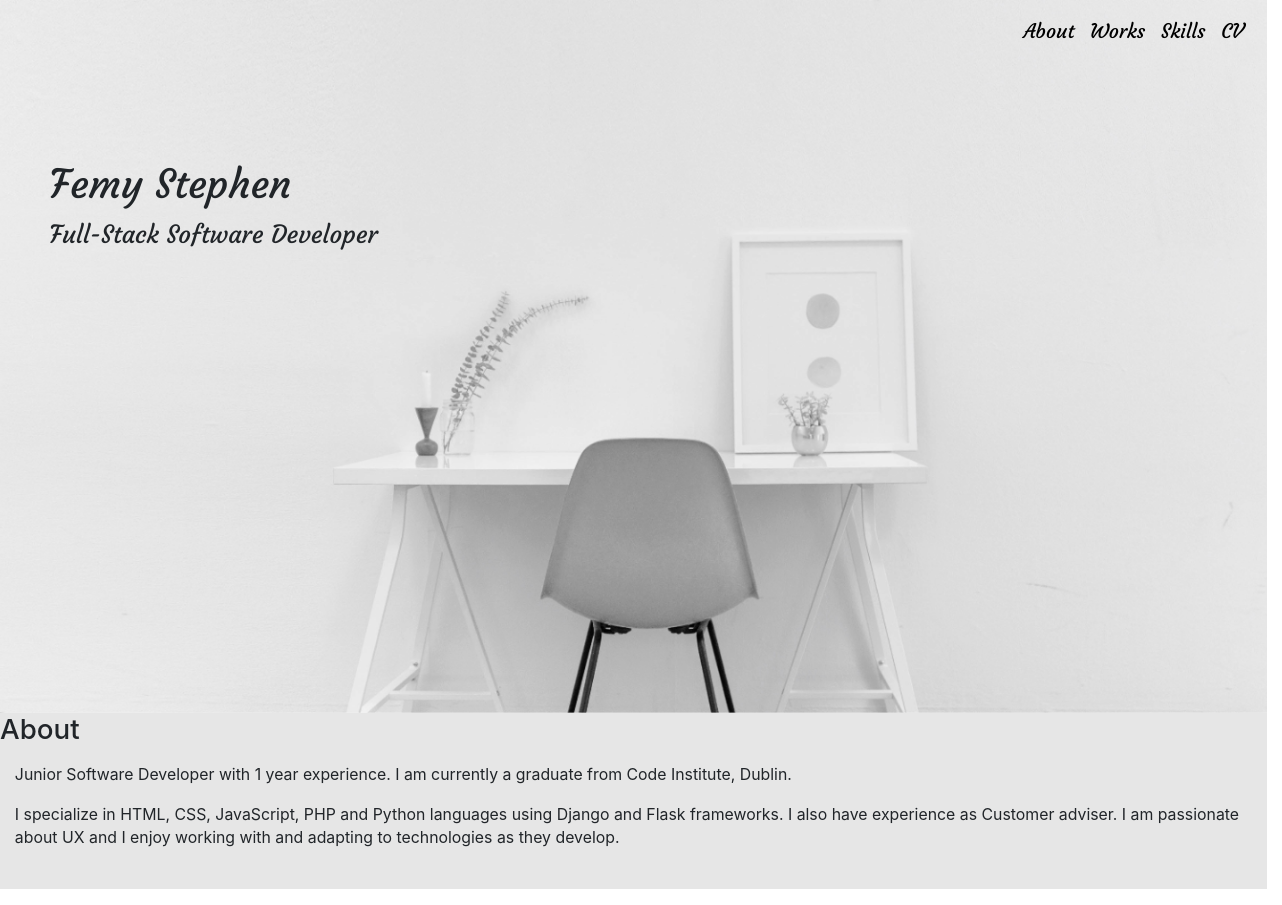
Repository: femy16/FemyStephen
Page: index.html
The author's editor kept a record of every edit. The page is drawn from the files as they stood at one moment, then again after the next edit.
The browser window is 1280 px wide. The page is 1280 px wide, then 1295 px, so the pictures cover 1295 px, including what lies to the right of the window. The pictures show the whole page, at 99% of full size.
Backgrounds fixed to the window are drawn as part of the page. Some web libraries are served in a nearby version.

Above is the page before.
Not found: hover.css

### index.html
<!DOCTYPE html>
<html lang="en">

<head>
    <meta charset="UTF-8">
    <meta name="viewport" content="width=device-width, initial-scale=1.0">
    <meta http-equiv="X-UA-Compatible" content="ie=edge">
    <link href="https://fonts.googleapis.com/css?family=Courgette|Kaushan+Script" rel="stylesheet">
    <link rel="stylesheet" href="https://use.fontawesome.com/releases/v5.3.1/css/all.css" integrity="sha384-mzrmE5qonljUremFsqc01SB46JvROS7bZs3IO2EmfFsd15uHvIt+Y8vEf7N7fWAU" crossorigin="anonymous">
    <link rel="stylesheet" href="hover.css" type="text/css" />
    <link rel="stylesheet" href="https://maxcdn.bootstrapcdn.com/bootstrap/4.0.0/css/bootstrap.min.css" integrity="sha384-Gn5384xqQ1aoWXA+058RXPxPg6fy4IWvTNh0E263XmFcJlSAwiGgFAW/dAiS6JXm" crossorigin="anonymous">
    <link rel="stylesheet" href="style.css" type="text/css" />
    <link href="https://fonts.googleapis.com/css?family=Montserrat" rel="stylesheet">
    <title>Femy Stephen</title>
</head>

<body>
   <header id="landing-view">


        <nav class="navbar navbar-expand-md navbar-masthead navbar-default navbar-fixed-top">
                <div class="container topmenu">


            <button class="navbar-toggler" type="button" data-toggle="collapse" data-target="#collapsibleNavbar">
    <span class="fa fa-bars" ></span>
  </button>
  </div>
            <div class="collapse navbar-collapse" id="collapsibleNavbar">
                <ul class="navbar-nav">
                    <li class="nav-item">
                        <a class="nav-link" href="#about">About</a>
                    </li>
                    <li class="nav-item">
                        <a class="nav-link" href="services.html">Works</a>
                    </li>
                    <li class="nav-item">
                        <a class="nav-link" href="products.html">Skills</a>
                    </li>
                    <li class="nav-item">
                        <a class="nav-link" href="contac_us.html">CV</a>
                    </li>
                </ul>
            </div>
        </nav>
<div class="headercontainer">
    <h1 class="name">Femy Stephen</h1>
    <p class="title">Full-Stack Software Developer</p>

</div>

    </header>
    <!--<div class="spacer"></div>-->
    <main>
      <div id="about">
          <h3>About</h3>
          <div>
          <p><div class="col">
          <p>Junior Software Developer with 1 year experience. I am currently a graduate from Code Institute, Dublin.</p>
<p>I specialize in HTML, CSS, JavaScript, PHP and Python languages using Django and Flask frameworks. I also have experience as Customer adviser.
I am passionate about UX and I enjoy working with and adapting to technologies as they develop.</p>
</div>
<div class="col"><img src=""></img></div></div>
</p>
      </div>

    </main>

    <footer>

    </footer>



    <script src="https://code.jquery.com/jquery-3.2.1.slim.min.js" integrity="sha384-KJ3o2DKtIkvYIK3UENzmM7KCkRr/rE9/Qpg6aAZGJwFDMVNA/GpGFF93hXpG5KkN" crossorigin="anonymous"></script>
    <script src="https://cdnjs.cloudflare.com/ajax/libs/popper.js/1.12.9/umd/popper.min.js" integrity="sha384-ApNbgh9B+Y1QKtv3Rn7W3mgPxhU9K/ScQsAP7hUibX39j7fakFPskvXusvfa0b4Q" crossorigin="anonymous"></script>
    <script src="https://maxcdn.bootstrapcdn.com/bootstrap/4.0.0/js/bootstrap.min.js" integrity="sha384-JZR6Spejh4U02d8jOt6vLEHfe/JQGiRRSQQxSfFWpi1MquVdAyjUar5+76PVCmYl" crossorigin="anonymous"></script>
</body>

</html>

### style.css
.navbar {
    background-color: transparent;
    text-align:right;

}

.navbar-fixed-top .container {

    text-align: right;
    margin-right: 1%;
    margin-top: 1%;

}
#landing-view {
    background-attachment: fixed;
    background-image: url('images/landing.jpg');
    background-position: bottom;
    background-size: cover;
    height: 100vh;
    width: 100vw;
    margin-bottom: 0px;
    z-index: 1;
}

body{

    /*background-color: #fdfdfd;*/
    width: 100%;
}


/*.spacer {*/
/*    width: 100%;*/
/*    height: 170px;*/
/*}*/


.nav-link {
    font-family: 'Courgette', cursive;
    font-size: 20px;
    color: black;
    padding-left: 40px;
    padding-right: 40px;
}

/*.nav-item {*/
/*    display: inline-block;*/
/*    padding: 10px;*/
/*    padding-left: 40px;*/
/*    padding-right: 40px;*/
/*}*/
.headercontainer{
    margin-top:100px;
   padding-left: 50px;
   font-family: 'Courgette', cursive;

}
.title{
    font-size:25px;

}
.name{
    font-size:40px;
}
#about{
    background-color: #e6e6e6;
}
.abouthead{
    padding-top:40px;
    font-family: 'Courgette', cursive;
}
.discri{
    margin-top:50px;
    font-family: 'Montserrat', sans-serif;
    font-size: 20px;
}

After the next edit:
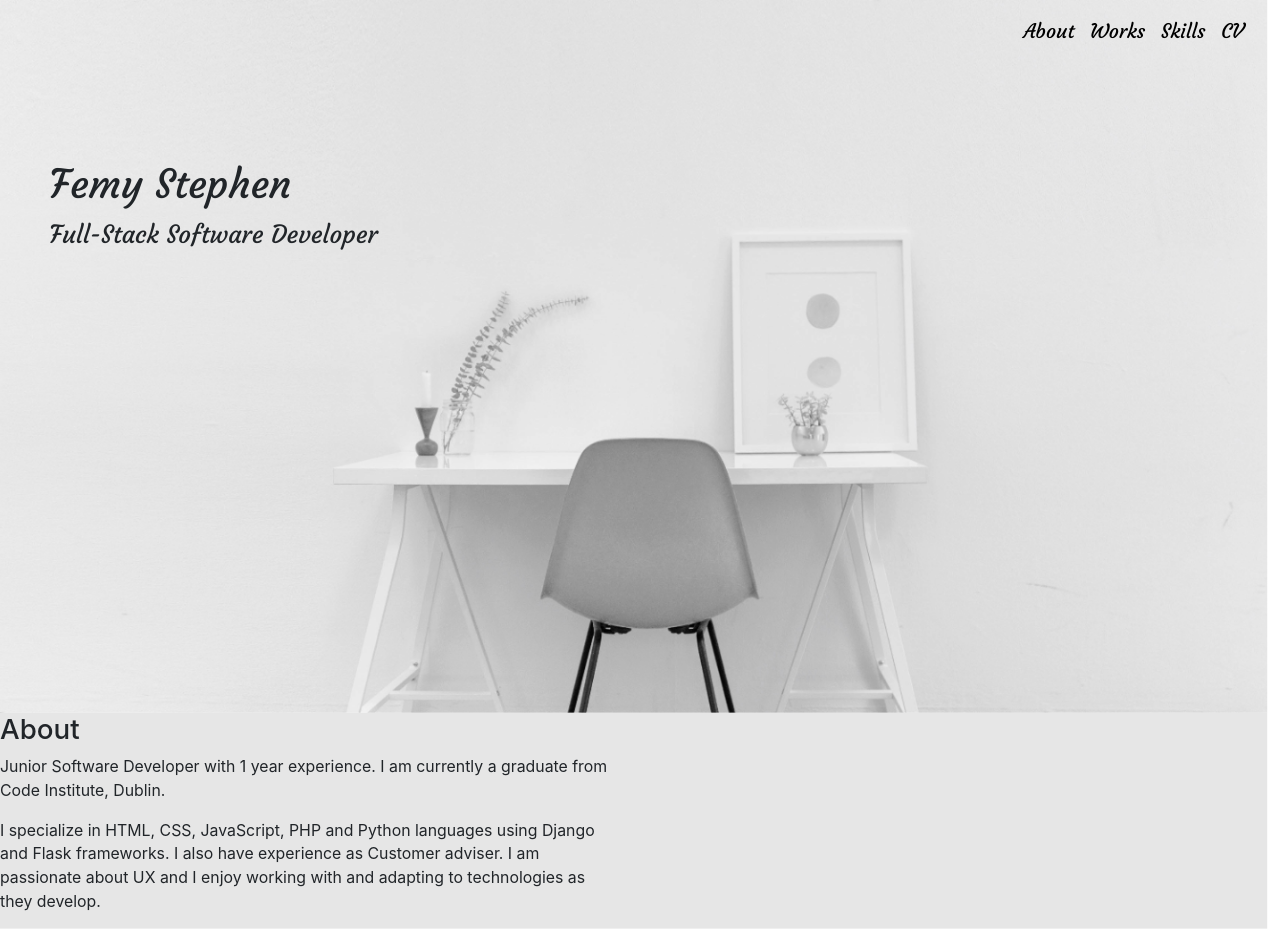
The edit:
--- a/index.html
+++ b/index.html
@@ -54,7 +54,7 @@
     <main>
       <div id="about">
           <h3>About</h3>
-          <div>
+          <div class="row">
           <p><div class="col">
           <p>Junior Software Developer with 1 year experience. I am currently a graduate from Code Institute, Dublin.</p>
 <p>I specialize in HTML, CSS, JavaScript, PHP and Python languages using Django and Flask frameworks. I also have experience as Customer adviser.
